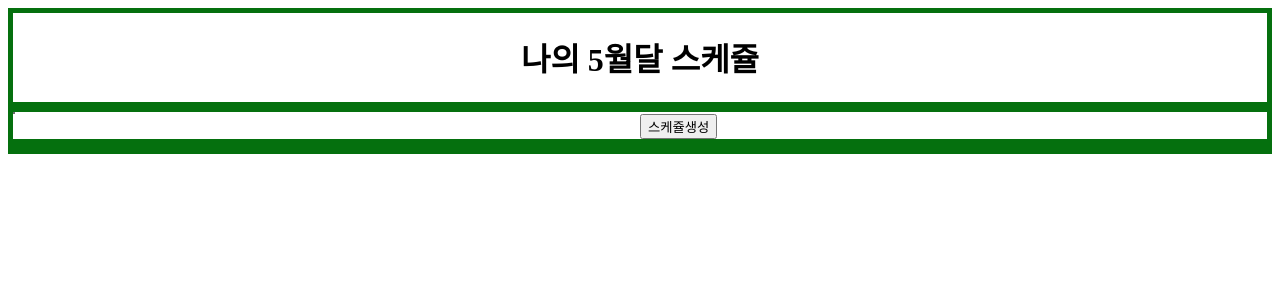
Repository: yeojeonghyeon/sixth
Page: java/ScriptWorld/WebContent/ui/Table.html
The author's editor kept a copy of each file at every save. The page is drawn from the files as they stood at one save, then again after the next save.
The browser window is 1280 px wide. The pictures show the whole page.
After loading, the first visible `#createBtn` was clicked once.

Above is the page before, as saved 2019-04-25 07:11:25.

### java/ScriptWorld/WebContent/ui/Table.html
<!DOCTYPE html>
<html>
<head>
<meta charset="utf-8">
<title>Insert title here</title>
<style>
div{
	border-style: solid;
	border-width: 5px;
	border-color: #05700e;
}
div h1{
	text-align: center;
}
div#content > table#scheduleTbl td{
	border: 1px solid #b57722;
}
div#content > table#scheduleTbl{
	border: 1px solid #000000;
	border-radius: 5px;
}
</style>
<script>
document.addEventListener("DOMContentLoaded", function(){
	var scheduleArr = [ "5.11 예비군", "5.12 예비군", "5.13 태권도 도장", "5.14 html 공부", "5.15 자바 스터디",
						"5.11 예비군", "5.12 예비군", "5.13 태권도 도장", "5.14 html 공부", "5.15 자바 스터디",
						"5.11 예비군", "5.12 예비군", "5.13 태권도 도장", "5.14 html 공부", "5.15 자바 스터디",
						"5.11 예비군", "5.12 예비군", "5.13 태권도 도장", "5.14 html 공부", "5.15 자바 스터디",
						"5.11 예비군"
						];
	var scheduleTbl = document.getElementById("scheduleTbl");
	document.getElementById("createBtn").addEventListener("click", function(){
		var tbodyObj = null;
		for(var i=0; i<scheduleTbl.children.length; i++){
			if ( scheduleTbl.children[i].nodeName.toUpperCase() == "TBODY")
				tbodyObj = scheduleTbl.children[i];
		}
		if(tbodyObj){
			// 배열선언
			var tdArr = [];
			var tdObj, trObj;
			trObj = document.createElement("tr");
			var isFirst = true;
			for(i=0; i<scheduleArr.length; i++){
				tdObj = document.createElement("td");
				tdObj.innerText = scheduleArr[i];
				tdArr.push(tdObj);
			}

			for(var i=0; i<tdArr.length; i++){
				if ( i==0 || i%10==0 ){
					trObj = document.createElement("tr");
				}
				trObj.appendChild(tdArr[i]);
			}
		}
	});
});
</script>
</head>
<body>
	<div id="header">
		<h1>나의 5월달 스케쥴</h1>
	</div>
	<div id="content" style="position: relative;">
		<table id="scheduleTbl">
			<tbody>
			</tbody>
		</table>
		<input type="button" id="createBtn" style="position: relative; left:50%;" value="스케쥴생성">
	</div>
	<div id="footer">
	</div>
</body>
</html>

After the next save:
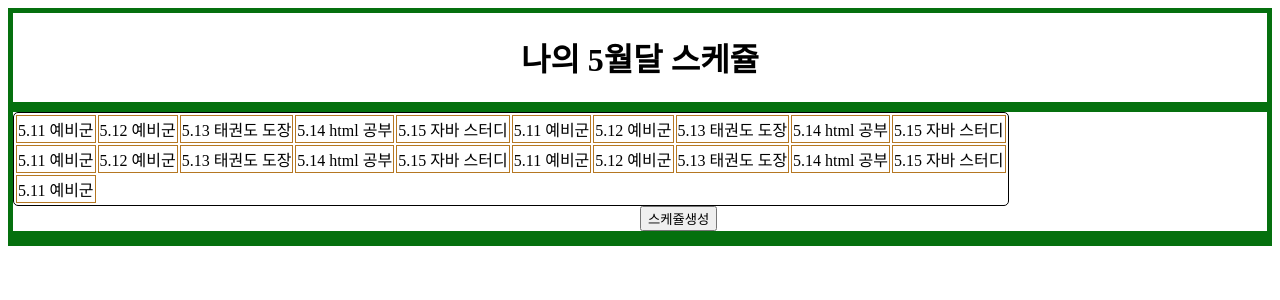
Saved 42 s later.
--- a/java/ScriptWorld/WebContent/ui/Table.html
+++ b/java/ScriptWorld/WebContent/ui/Table.html
@@ -50,6 +50,7 @@ document.addEventListener("DOMContentLoaded", function(){
 			for(var i=0; i<tdArr.length; i++){
 				if ( i==0 || i%10==0 ){
 					trObj = document.createElement("tr");
+					tbodyObj.appendChild(trObj);
 				}
 				trObj.appendChild(tdArr[i]);
 			}
